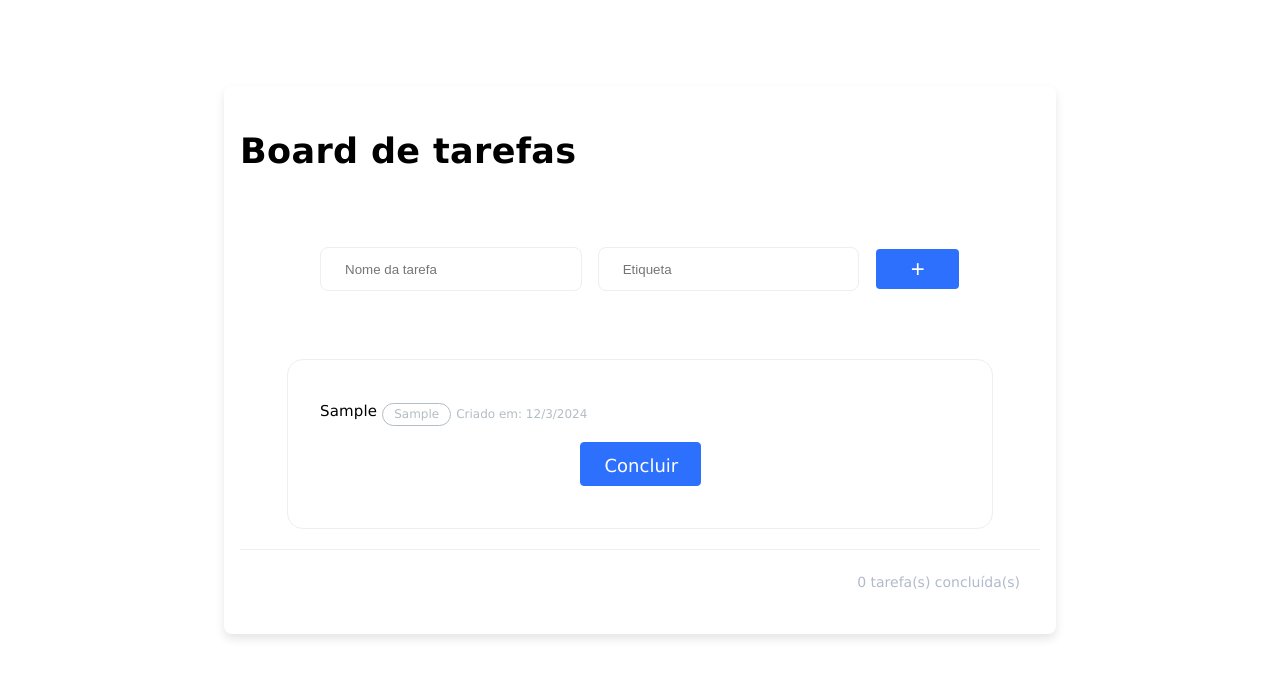
Repository: elasoares/RID187500_Desafio3
Page: index.html
An editor plug-in stored every save of this project. The page is shown before and after the next save, followed by the edit.
The browser window is 1280 px wide. The pictures show the whole page.
Empty fields were first filled with sample values (such as "Sample", 5 or name@example.com).
After loading, the first visible `#create-todo-form` was submitted once.

Above is the page before, as saved 2024-12-03 19:51:51.

### index.html
<!DOCTYPE html>
<html lang="pt">
<head>
    <meta charset="UTF-8">
    <meta name="viewport" content="width=device-width, initial-scale=1.0">
    <title>To-Do</title>
    <link rel="stylesheet" href="style.css">
<body>
    <main>
        <header>
            <h1>Board de tarefas</h1>
        </header>
        <section id="create-todo-section">
            <form id="create-todo-form">
                <input
                type="text"
                id="descricao"
                name="descricao"
                placeholder="Nome da tarefa"
                aria-label="Nome da tarefa"
                class="input-nome-tarefa"
            />
            <input
                type="text"
                id="etiqueta"
                name="etiqueta"
                placeholder="Etiqueta"
                aria-label="Etiqueta"
                class="input-etiqueta"
            />
            <div class="container-btn">
                <button type="submit" aria-label="Cadastrar tarefa" class="add-tarefa-btn">+</button>
            </div>
            </form>
        </section>
        <section class="todo-list-section">
            <ul id="todo-list">
            </ul>
        </section>
        <footer id="todo-footer">

        </footer>
    </main>
    <script src="js.js"></script>
</body>
</html>

### style.css
html {
    width: 100%;
    height: auto;

    box-sizing: border-box;
    font-size: 10px;
    font-family: 'Lucida Sans Regular', 'Lucida Grande', 'Lucida Sans Unicode';
}

body {
    width: 100%;
    height: 100vh;
    margin: 0;
    padding: 0;
    display: flex;
    justify-content: center;
    align-items: center;
}

header{
    width: 100%;
}

    h1 {
    font-family: 'Lucida Sans Regular', 'Lucida Grande', 'Lucida Sans Unicode';
    font-size: 32px;
    font-weight: 600;
    line-height: 37.92px;
    letter-spacing: 0.01em;
    text-align: left;
    text-underline-position: from-font;
    text-decoration-skip-ink: none;
    color: #000;
}

main {
    width: 100%;
    height: auto;
    max-width: 42rem;
    background-color: #fff;
    border-radius: 0.8rem;
    padding: 3rem 2.4rem;
    box-shadow: 0 0.5rem 1rem rgba(0, 0, 0, 0.1);
    display: flex;
    justify-content: flex-start;
    align-items: center;
    flex-direction: column;

}


.todo-list-section {
    display: flex;
    flex-direction: column;
    align-items: center;
    justify-content: center;
    width: 100%;
    height: auto;
    gap: 8px;
}

.todo-list-section ul {
    padding-inline-start: 0;
    height: 20rem;
    overflow: auto;
    width: 100%;
    display: flex;
    flex-direction: column;
    align-items: center;
    justify-content: center;
    height: auto;
    gap: 8px;
}

.todo-list-section ul li {
    width: 80%;
    height: 120px;
    padding: 24px 32px 24px 32px;
    margin-top: 5px;
    border-radius: 16px;
    border: 1px solid #EEEEEE;
    list-style: none;
    display: flex;
    flex-direction: column;
    align-items: flex-start;
    justify-content: center;
    gap: 16px;
}

.todo-list-section ul li:last-child {
    margin-bottom: 0;
}



.complete-task-btn {
    background: #2D70FD;
    width: 121px;
    height:44px;
    padding: 12px 24px 12px 24px;
    gap: 8px;
    border-radius: 4px;
    border: 1px solid #2D70FD;
    color: #fff;
    font-family: 'Lucida Sans Regular', 'Lucida Grande', 'Lucida Sans Unicode';
    font-size: 18px;
    font-weight: 500;
    text-align: center;
    align-self: center;
}




#create-todo-section {
    width: 100%;
    height: 150px;
    display: flex;
    flex-direction: column;
    align-items: flex-start;
    justify-content: center;
}

#create-todo-form {
    font-size: 1.6rem;
    display: flex;
    flex-direction: column;
    width: 100%;
    gap: 16px;
}
input{
    width: 85%;
    height: 15px;
    padding: 16px 24px 16px 24px;
    gap: 10px;
    border-radius: 8px;
    border: 1px solid #EEEEEE;
    color: #B1BACB;
}


.container-btn{
    display: flex;
    align-items: center;
    justify-content: center;
    width: 98%;
}

.add-tarefa-btn {
    width: 98%;
    height: 4rem;
    color: #fff;
    background-color: #2D70FD;
    border-radius: 4px;
    font-size: 2.4rem;
    cursor: pointer;
    border: none;
}

.add-tarefa-btn:hover {
    opacity: 0.8;
}


.task-details{
    display: flex;
    align-items: flex-start;
    justify-content: center;
    flex-direction: column;
    gap: 5px;
}

.task-text{
    font-family: 'Lucida Sans Regular', 'Lucida Grande', 'Lucida Sans Unicode';
    font-size: 1.5rem;
    font-weight: 500;
    line-height: 17.6px;
    letter-spacing: 0.01em;
    text-underline-position: from-font;
    text-decoration-skip-ink: none;

}

.todo-item.completed .task-text {
    text-decoration: line-through;
    color: #bbbbbb;
    font-family: 'Lucida Sans Regular', 'Lucida Grande', 'Lucida Sans Unicode';
    font-size: 1.5rem;
    font-weight: 500;
    line-height: 17.6px;
    letter-spacing: 0.01em;
    text-decoration-line: line-through;
    text-underline-position: from-font;
    text-decoration-skip-ink: none;

}

.todo-item.completed .task-completed-icon {
    font-size: 1.6rem;
    color: #fff;
    align-self: center;
    width: 32px;
    height: 32px;
    border-radius: 32px;
    background: #00D8A7;
    display: flex;
    align-items: center;
    justify-content: center;
}

.task-label {
    width: 67px;
    height: 21px;
    border-radius: 16px;
    border: 1px 0px 0px 0px;
    background: #FFFFFF;
    font-size: 1.2rem;
    border: 1px solid #b2bec3;
    display: flex;
    align-items: center;
    justify-content: center;
    color: #b2bec3;
}

.task-date {
    font-size: 1.2rem;
    color: #b2bec3;
    margin-top: 0.4rem;
}


#todo-footer {
    width: 95%;
    display: flex;
    justify-content: flex-end;
    font-size: 1.6rem;
    align-items: flex-end;
    height: 20px;
    font-size: 1.4rem;
    color: #B1BACB;
    border-top:1px solid #EEEEEE;
    margin-top: 10px;
    padding: 20px;
}

@media (min-width: 768px) {
    main {
        max-width: 50rem;
        padding: 2.4rem 1.6rem;
    }


    .todo-list-section ul li {
        font-size: 1.5rem;
    }

}

@media (min-width: 980px) {
    main {
        max-width: 80rem;
        padding: 2.4rem 1.6rem;
    }
    h1 {
        font-size: 3.5rem;
    }

    #create-todo-section{
        align-items: center;
    }
    #create-todo-form{
        flex-direction: row;
        align-items: center;
        justify-content: space-between;
        width: 80%;
    }
    .container-btn{
        display: flex;
        align-items: center;
        justify-content: center;
        width: 20%;
    }

    input{
        width: 50%;
        height: 1rem;
        padding: 16px 24px 16px 24px;
        gap: 10px;
        border-radius: 8px;
        border: 1px solid #EEEEEE
    }

    .task-details{
        display: flex;
        align-items: flex-start;
        justify-content: center;
        flex-direction: row;
        gap: 5px;
    }

}

### js.js
const createTaskListItem = (tarefa) => {
    const lista = document.getElementById("todo-list");

    const toDo = document.createElement('li');
    toDo.className = `todo-item ${tarefa.checado ? 'completed' : ''}`;
    toDo.id = tarefa.id;

    // Criar o conteúdo da tarefa
    const taskDetails = document.createElement('span');
    taskDetails.className = 'task-details';
    taskDetails.innerHTML = `
        <span class="task-text ${tarefa.checado ? 'completed-text' : ''}">${tarefa.descricao}</span>
        <span class="task-label">${tarefa.etiqueta}</span>
        <span class="task-date">Criado em: ${tarefa.data}</span>

    `;


    if (!tarefa.checado) {
        const completeButton = document.createElement('button');
        completeButton.textContent = 'Concluir';
        completeButton.className = 'complete-task-btn';
        completeButton.onclick = () => markTaskAsCompleted(tarefa.id);

        toDo.appendChild(taskDetails);
        toDo.appendChild(completeButton);
    } else {
        const completedIcon = document.createElement('span');
        completedIcon.textContent = '✔';
        completedIcon.className = 'task-completed-icon';

        toDo.appendChild(taskDetails);
        toDo.appendChild(completedIcon);
    }

    lista.appendChild(toDo);
};

const markTaskAsCompleted = (taskId) => {
    const tarefas = getTasksFromLocalStorage();
    const updatedTasks = tarefas.map((task) => {
        if (task.id === taskId) {
            task.checado = true;
        }
        return task;
    });

    setTaskInLocalStorage(updatedTasks);


    const taskElement = document.getElementById(taskId);
    if (taskElement) {
        taskElement.remove();
    }
    const tarefa = updatedTasks.find((task) => task.id === taskId);
    createTaskListItem(tarefa);

    renderTaskProgressData(updatedTasks);
};

const getTasksFromLocalStorage = () => {
    const localTasks = JSON.parse(window.localStorage.getItem('tasks'));
    return localTasks ? localTasks : [];
};

const setTaskInLocalStorage = (tarefas) => {
    window.localStorage.setItem('tasks', JSON.stringify(tarefas));
};

const renderTaskProgressData = (tasks) => {
    const tasksProgress = document.getElementById('tasks-progress') || document.createElement('span');
    tasksProgress.id = 'tasks-progress';

    const doneTasks = tasks.filter(({ checado }) => checado).length;
    const totalTasks = tasks.length;

    tasksProgress.textContent = `${doneTasks} tarefa(s) concluída(s)`;
    document.getElementById('todo-footer').appendChild(tasksProgress);
};

const createTask = (event) => {
    event.preventDefault();

    const descricao = event.target.elements.descricao.value;
    const etiqueta = event.target.elements.etiqueta.value;
    const id = new Date().getTime();
    const data = new Date().toLocaleDateString();
    const checado = false;

    const newTask = { id, descricao, etiqueta, data, checado };

    const tarefas = getTasksFromLocalStorage();
    const updatedTasks = [...tarefas, newTask];
    setTaskInLocalStorage(updatedTasks);

    createTaskListItem(newTask);
    event.target.reset(); // Limpar o formulário
    renderTaskProgressData(updatedTasks);
};

window.onload = () => {
    const form = document.getElementById('create-todo-form');
    form.addEventListener('submit', createTask);

    const tarefas = getTasksFromLocalStorage();
    tarefas.forEach((tarefa) => createTaskListItem(tarefa));
    renderTaskProgressData(tarefas);
};

After the next save:
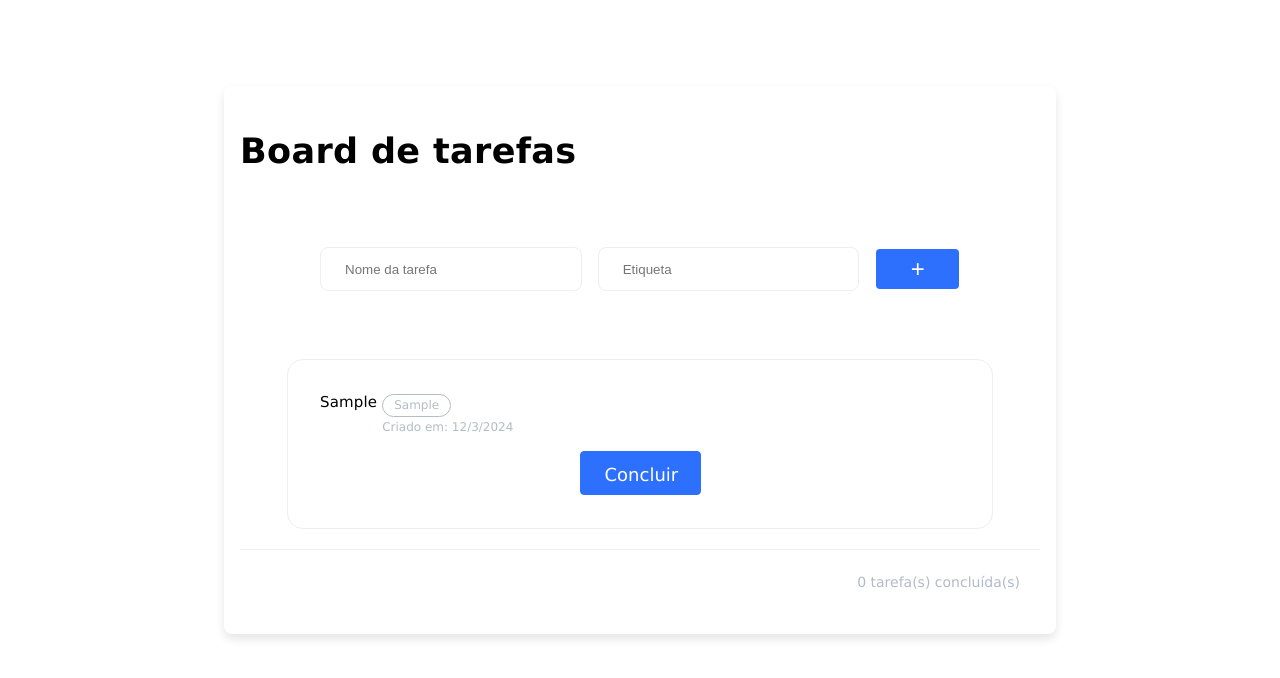
Saved 56 s later.
--- a/js.js
+++ b/js.js
@@ -10,8 +10,10 @@ const createTaskListItem = (tarefa) => {
     taskDetails.className = 'task-details';
     taskDetails.innerHTML = `
         <span class="task-text ${tarefa.checado ? 'completed-text' : ''}">${tarefa.descricao}</span>
+        <div class="container-task-label">
         <span class="task-label">${tarefa.etiqueta}</span>
         <span class="task-date">Criado em: ${tarefa.data}</span>
+        </div>
 
     `;
 
